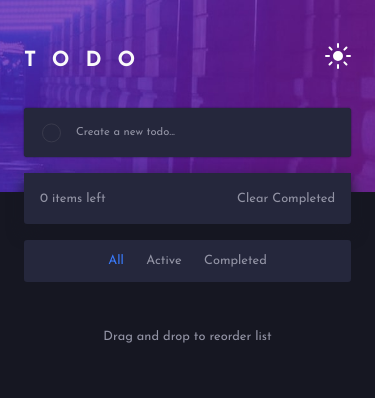
Repository: Ahmed-Abdul-ghaffar/ToDo-App
Page: /
An editor plug-in stored every save of this project. The page is shown before and after the next save, followed by the edit.
The browser window is 375 px wide. The pictures show the whole page.
The project was rebuilt for these pictures with package versions that can differ from the ones it lists, and the page was loaded fresh each time. Also part of the build but not shown: vite.config.js.

Above is the page before, as saved 2026-11-09 11:07:58.

After the next save:
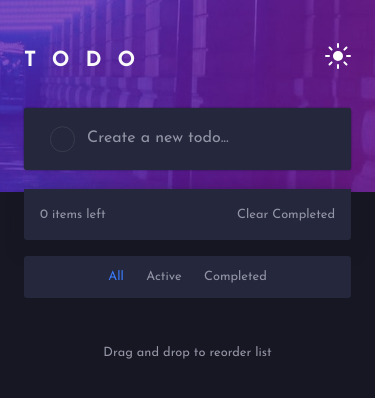
Saved 32 s later.
--- a/components/_form.scss
+++ b/components/_form.scss
@@ -48,7 +48,7 @@
   }
 }
 
-@media (max-width: 400px) {
+@media (hover: hover) {
   .form {
     &::before {
       left: 1.1rem;
